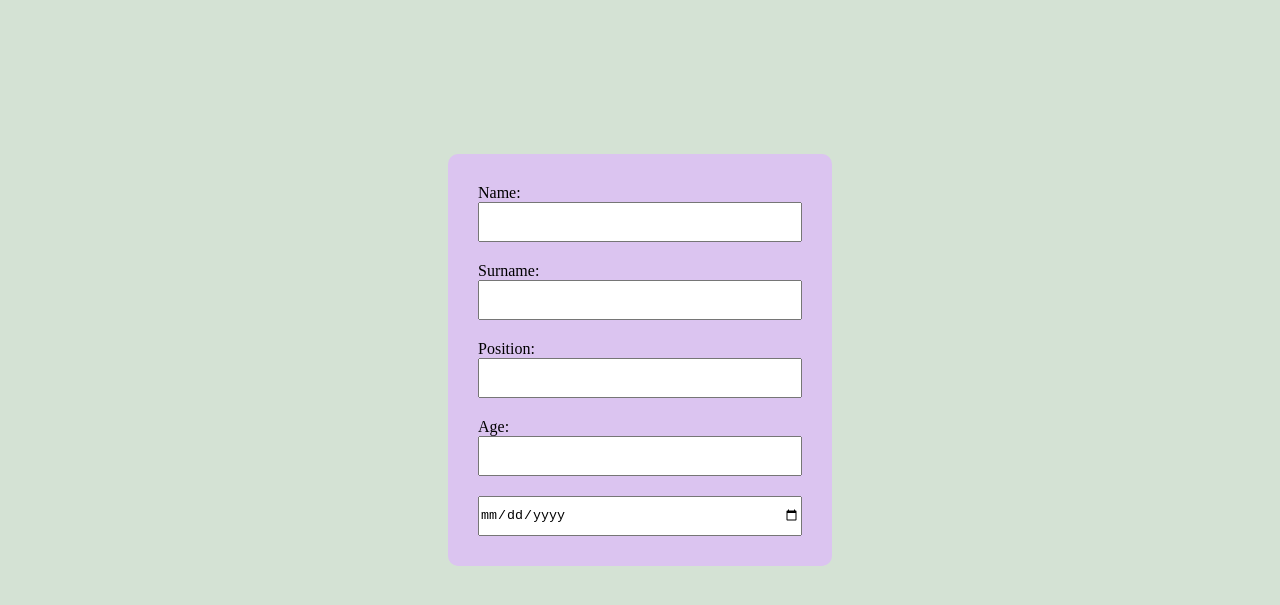
Repository: AytacSafarova/Form-lesson
Page: index.html
An editor plug-in stored every save of this project. The page is shown before and after a run of saves, followed by the edit.
The browser window is 1280 px wide. The pictures show the whole page.

Above is the page before, as saved 2023-08-29 14:37:45.

After the next 3 saves:
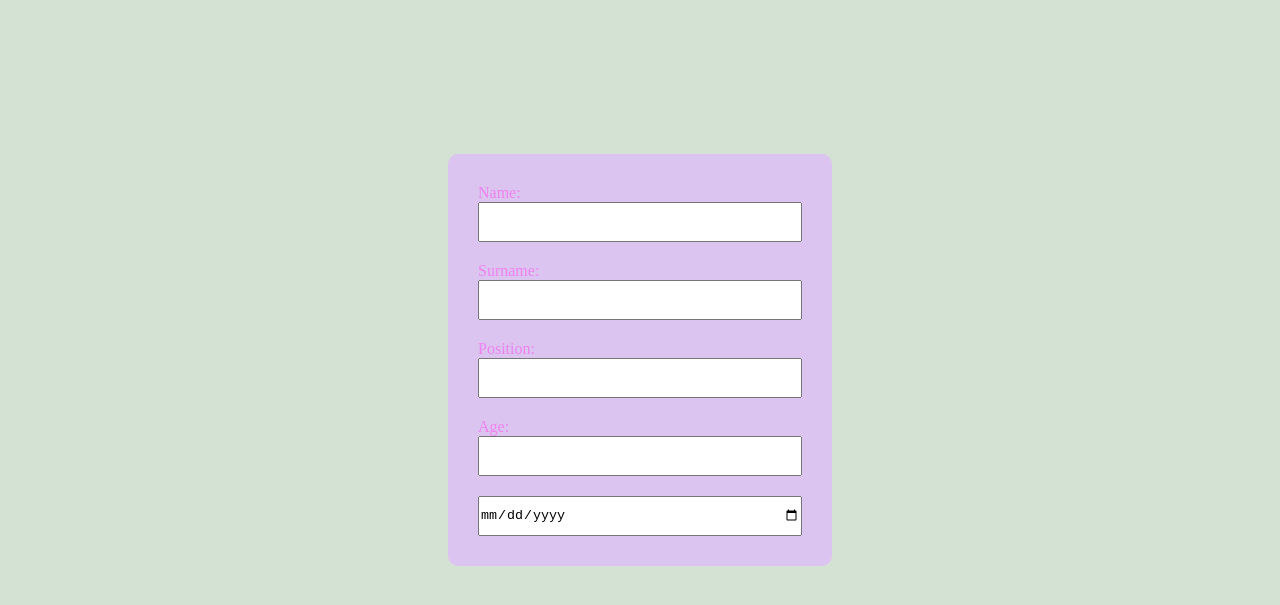
The 3 saves are shown as one change because they came seconds apart.
The last was saved 23 s later.
--- a/index.css
+++ b/index.css
@@ -24,3 +24,6 @@ input{
 width: 100%;
 height: 40px;
 }
+label{
+    color: violet;
+}

After the save that followed:
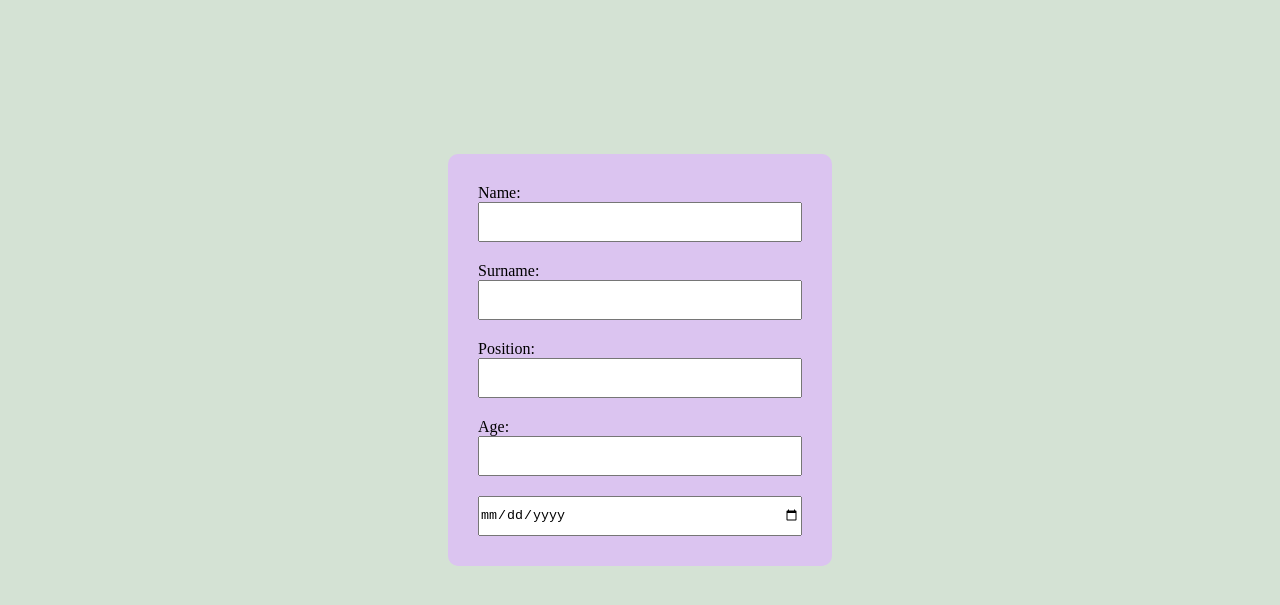
Saved 7 s later.
--- a/index.css
+++ b/index.css
@@ -24,6 +24,3 @@ input{
 width: 100%;
 height: 40px;
 }
-label{
-    color: violet;
-}
